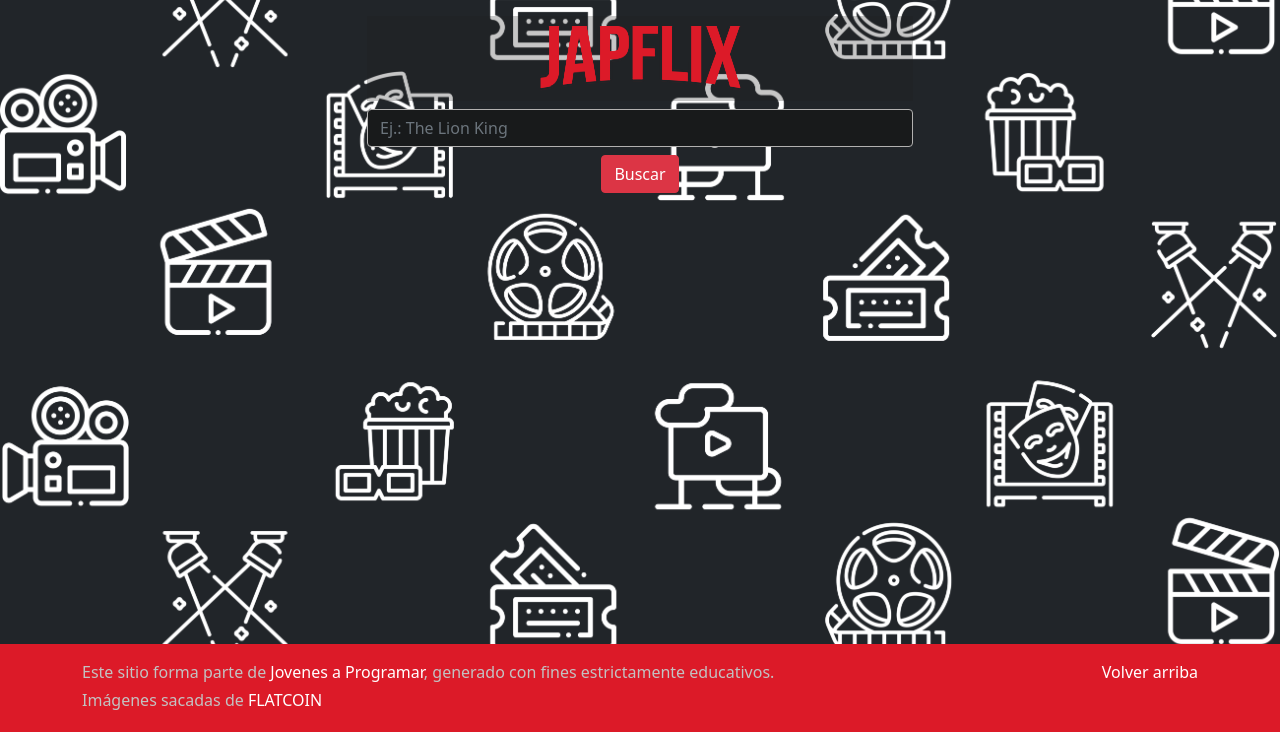
Repository: romancegirl/japflix
Page: index.html
An editor plug-in stored every save of this project. The page is shown before and after the next save, followed by the edit.
The browser window is 1280 px wide. The pictures show the whole page.
The page's requests for data from a server got no answer.

Above is the page before, as saved 2024-11-18 18:45:33.

### index.html
<!doctype html>
<html lang="es">

<head>
  <meta charset="utf-8">
  <meta name="viewport" content="width=device-width, initial-scale=1">
  <title>Japflix</title>

  <link href="css/bootstrap.min.css" rel="stylesheet">
  <link rel="stylesheet" href="https://cdnjs.cloudflare.com/ajax/libs/font-awesome/4.7.0/css/font-awesome.min.css">
  <link rel="stylesheet" href="css/style.css">

</head>

<body class="bg-dark d-flex flex-column min-vh-100">

  <main class="flex-grow-1">
    <div class="text-center container">
      <div class="row py-lg-3">
        <div class="col-lg-6 col-md-8 mx-auto">
          <h1 class="fw-light"><img src="img/japflix.png" alt=""></h1>
          <input type="search" class="form-control" name="buscar" id="inputBuscar" placeholder="Ej.: The Lion King">
          <button class="btn btn-danger m-2" id="btnBuscar">Buscar</button>
        </div>
      </div>
    </div>
    <div class="album">
      <ul class="list-group container" id="lista">
      </ul>
    </div>
  </main>

  <footer class="text-muted py-3">
    <div class="container">
      <p class="float-end mb-1">
        <a href="#">Volver arriba</a>
      </p>
      <p class="mb-1">Este sitio forma parte de <a href="https://jovenesaprogramar.edu.uy/" target="_blank">
        Jovenes a Programar</a>, generado con fines estrictamente educativos.</p>
        <p class="mb-1">Imágenes sacadas de <a href="https://www.flaticon.com/free-icon/" target="_blank">FLATCOIN</a></p>
    </div>
  </footer>

  <div class="offcanvas offcanvas-top text-bg-dark" id="movieDetails" tabindex="-1" aria-labelledby="movieDetailsLabel">
    <div class="offcanvas-header bg-dark text-bg-dark">
      <h4 id="movieTitle"></h4>
      <button type="button" class="btn-close btn-close-white" data-bs-dismiss="offcanvas" aria-label="Close"></button>
    </div>
    <div class="offcanvas-body bg-dark text-bg-dark">
      <p id="movieOverview"></p>
      <p><strong>Géneros:</strong> <span id="movieGenres"></span></p>
      <button class="btn btn-danger dropdown-toggle" data-bs-toggle="dropdown" aria-expanded="false" id="btnInfo">Más información</button>
      <ul class="dropdown-menu bg-dark text-bg-dark">
        <li><strong>Año de lanzamiento:</strong> <span id="movieYear"></span></li>
        <hr>
        <li><strong>Duración:</strong> <span id="movieDuration"></span> min</li>
        <hr>
        <li><strong>Presupuesto:</strong> $<span id="movieBudget"></span></li>
        <hr>
        <li><strong>Ganancias:</strong> $<span id="movieRevenue"></span></li>
      </ul>
    </div>
  </div>

  <script src="js/bootstrap.bundle.min.js"></script>
  <script src="js/script.js"></script>
</body>


</html>

### css/style.css
body {
    background-color: #1C1E1F;
    color: #B2B1B0;
    background-image: url('../img/background.png');
    background-size: contain;
    background-position: center;
}

input[type="search"] {
    background-color: #181A1B;
    border: 1px solid #B2B1B0;
    color: #B2B1B0;
}

input[type="search"]:focus {
    box-shadow: 0 0 10px #96242F;
    background-color: #181A1B;
    border: 1px solid #96242F;
    color: #B2B1B0;
}

.fw-light {
    background-color: #1c1e1f40;
}

.offcanvas-body {
    background-color: #1C1E1F;
    color: #B2B1B0;
}

.img-card-fit {
    object-fit: cover;
    width: 100%;
    height: auto;
}

.img-cont {
    height: 200px;
    overflow: hidden;
    background-color: beige;
}

.card-content {
    height: 150px;
    overflow: auto;
}

main {
    min-height: calc(100vh - 100px);
}

.checked {
    color: orange;
}

.offcanvas-top {
    height: fit-content;
}

.list-group-item .d-flex {
    gap: 10px;
}

@media (max-width: 768px) {
    .list-group-item .d-flex {
        flex-direction: column;
        align-items: flex-start;
    }

    .list-group-item .d-flex p,
    .list-group-item .d-flex div {
        align-self: flex-start;
        width: 100%;
        margin: 0;
    }

    .list-group-item .d-flex div {
        margin-top: 8px;
    }
}

#movieGenres {
    font-style: italic;
}

.dropdown-menu {
    padding: 1rem 2rem;
    color: #B2B1B0;

}

footer {
    background-color: #DC1A28;
    bottom: 0;
    width: 100%;
    margin-top: 1.5rem;
}

footer p {
    color: #c3c2c2
}

footer a {
    color: #ffffff;
    text-decoration: none;
}

footer a:hover {
    color: #9b9a9b;
    transform: scale(1.05);
    transition: color 0.3s, text-shadow 0.3s;
}


.no-results-message {
    border: 5px dashed red;
    padding: 20px;
    margin: 2rem auto;
    width: fit-content;
    display: flex;
    justify-content: center;
    align-items: center;
}

.double {
    border: 10px double #d71a2d;
}

#movieTitle {
    border: 10px double #d71a2d;
    padding: 10px;
    margin-bottom: 0;
}


#lista > .list-group-item.double:hover {
    background-color: #393939 !important; /* Un color más claro */
    transition: background-color 0.5s ease, box-shadow 0.5s ease;
    box-shadow: 0 4px 8px rgba(0, 0, 0, 0.3); /* Sombra */
    cursor: pointer;
}

### js/script.js
document.addEventListener("DOMContentLoaded", () => {
    fetchMovies();
});

let moviesData = [];

async function fetchMovies() {
    try {
        const response = await fetch("https://japceibal.github.io/japflix_api/movies-data.json");
        moviesData = await response.json();
    } catch (error) {
        console.error("Error al obtener datos de la API:", error);
    }
}


document.getElementById("btnBuscar").addEventListener("click", () => searchMovies());

document.getElementById("inputBuscar").addEventListener("keydown", (event) => {
    if (event.key === "Enter") {
        event.preventDefault();
        searchMovies();
    }
});


function searchMovies() {
    const searchTerm = document.getElementById("inputBuscar").value.toLowerCase();
    if (searchTerm) {
        const results = moviesData.filter(movie =>
            movie.title.toLowerCase().includes(searchTerm) ||
            movie.genres.some(genre => genre.name.toLowerCase().includes(searchTerm)) ||
            (movie.tagline && movie.tagline.toLowerCase().includes(searchTerm)) ||
            (movie.overview && movie.overview.toLowerCase().includes(searchTerm))
        );
        displayMovies(results);
    }
}


function displayMovies(movies) {
    const lista = document.getElementById("lista");
    lista.innerHTML = "";

    if (movies.length === 0) {
        const noResultsMessage = document.createElement("li");
        noResultsMessage.className = "list-group-item bg-dark text-white text-center no-results-message";
        noResultsMessage.innerHTML = `
            <h3><strong>¡Ups! No hemos encontrado ninguna película. ¡Vuelve a intentarlo!</strong></h3>
        `;
        lista.appendChild(noResultsMessage);
    } else {
        movies.forEach(movie => {
            const listItem = document.createElement("li");
            listItem.className = "list-group-item bg-dark text-white double";
            listItem.innerHTML = `
                <h5>${movie.title}</h5>
                <div class="d-flex justify-content-between align-items-center">
                    <p><i>${movie.tagline}</i></p>
                    <div>${renderStars(movie.vote_average)}</div>
                </div>
            `;
            listItem.addEventListener("click", () => showMovieDetails(movie));
            lista.appendChild(listItem);
        });
    }
}



function renderStars(vote) {
    let stars = "";
    for (let i = 1; i <= 5; i++) {
        stars += `<span class="fa fa-star ${i <= vote / 2 ? "checked" : ""}"></span>`;
    }
    return stars;
}


function showMovieDetails(movie) {
    document.getElementById("movieTitle").textContent = movie.title;
    document.getElementById("movieOverview").textContent = movie.overview;
    document.getElementById("movieGenres").textContent = movie.genres.map(genre => genre.name).join(", ");
    document.getElementById("movieYear").textContent = new Date(movie.release_date).getFullYear();
    document.getElementById("movieDuration").textContent = movie.runtime;
    document.getElementById("movieBudget").textContent = movie.budget.toLocaleString();
    document.getElementById("movieRevenue").textContent = movie.revenue.toLocaleString();

    const offcanvas = new bootstrap.Offcanvas(document.getElementById("movieDetails"));
    offcanvas.show();
}

Loaded but not shown: css/bootstrap.min.css (library); js/bootstrap.bundle.min.js (library)

After the next save:
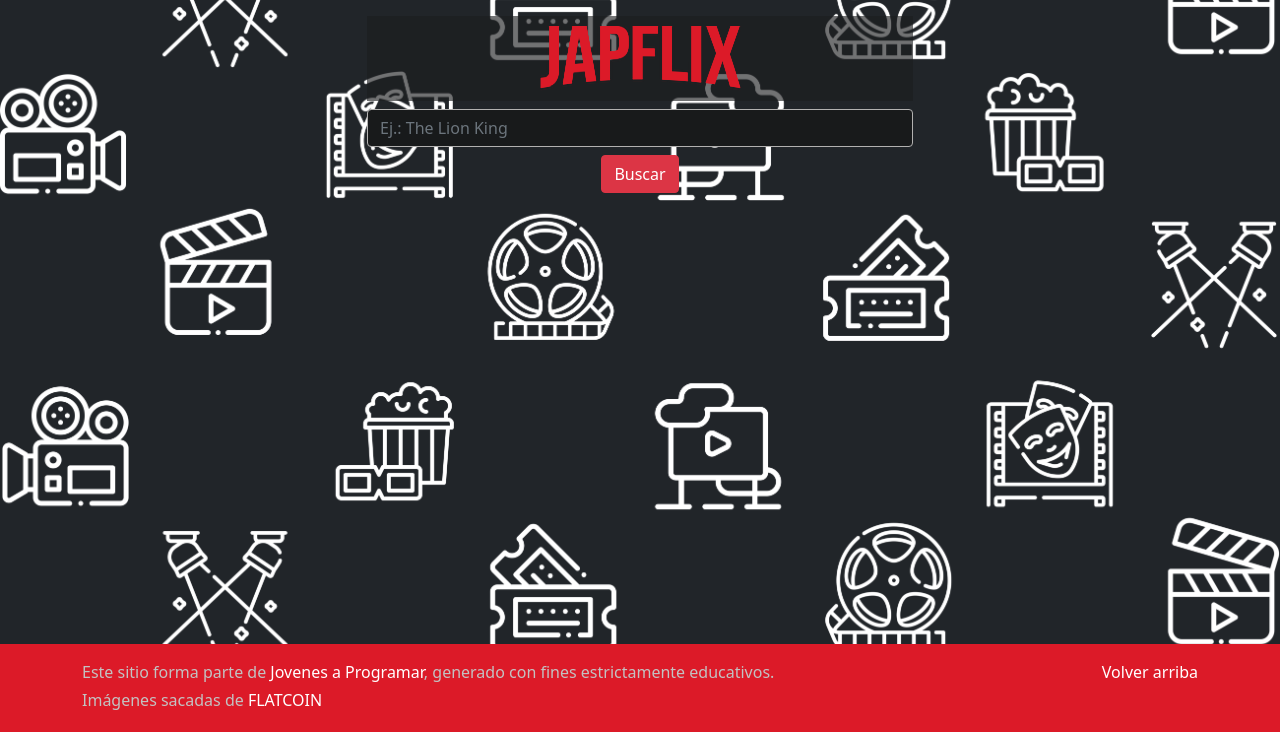
Saved 9 s later.
--- a/css/style.css
+++ b/css/style.css
@@ -20,7 +20,7 @@
 }
 
 .fw-light {
-    background-color: #1c1e1f40;
+    background-color: #1c1e1f9f;
 }
 
 .offcanvas-body {
